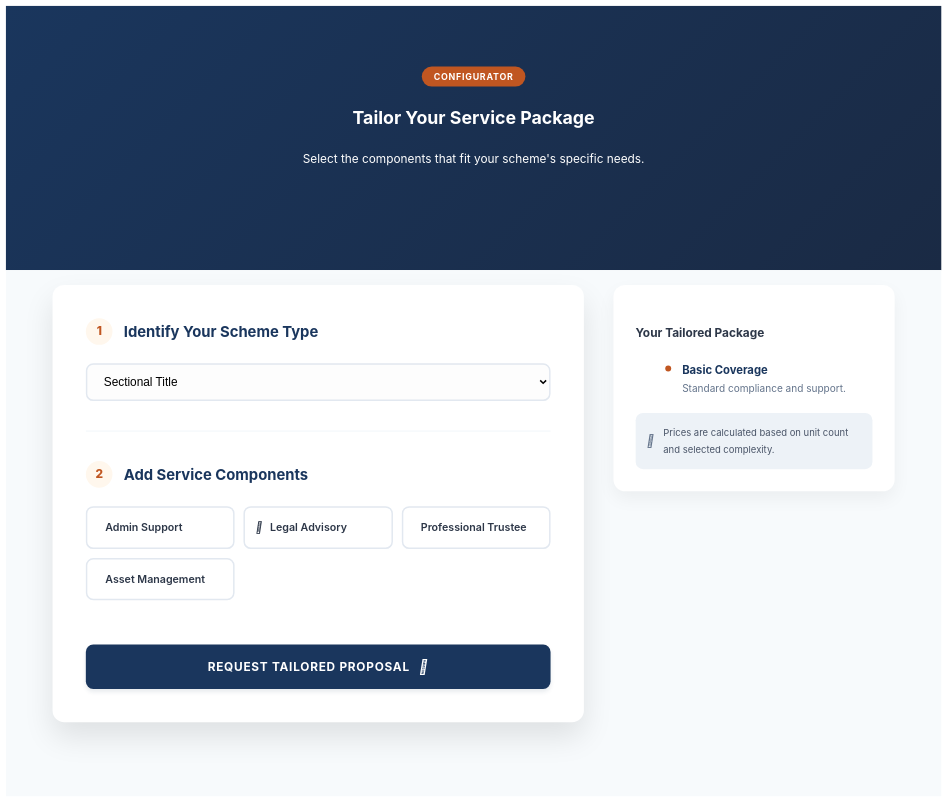
Repository: mnqobiMenzi/Prema-Properties
Page: tailor.html
An editor plug-in stored every save of this project. The page is shown before and after a run of saves, followed by the edit.
The browser window is 1280 px wide. The pictures show the whole page, at 74% of full size.

Above is the page before, as saved 2026-02-16 11:34:42.

After the next 3 saves:
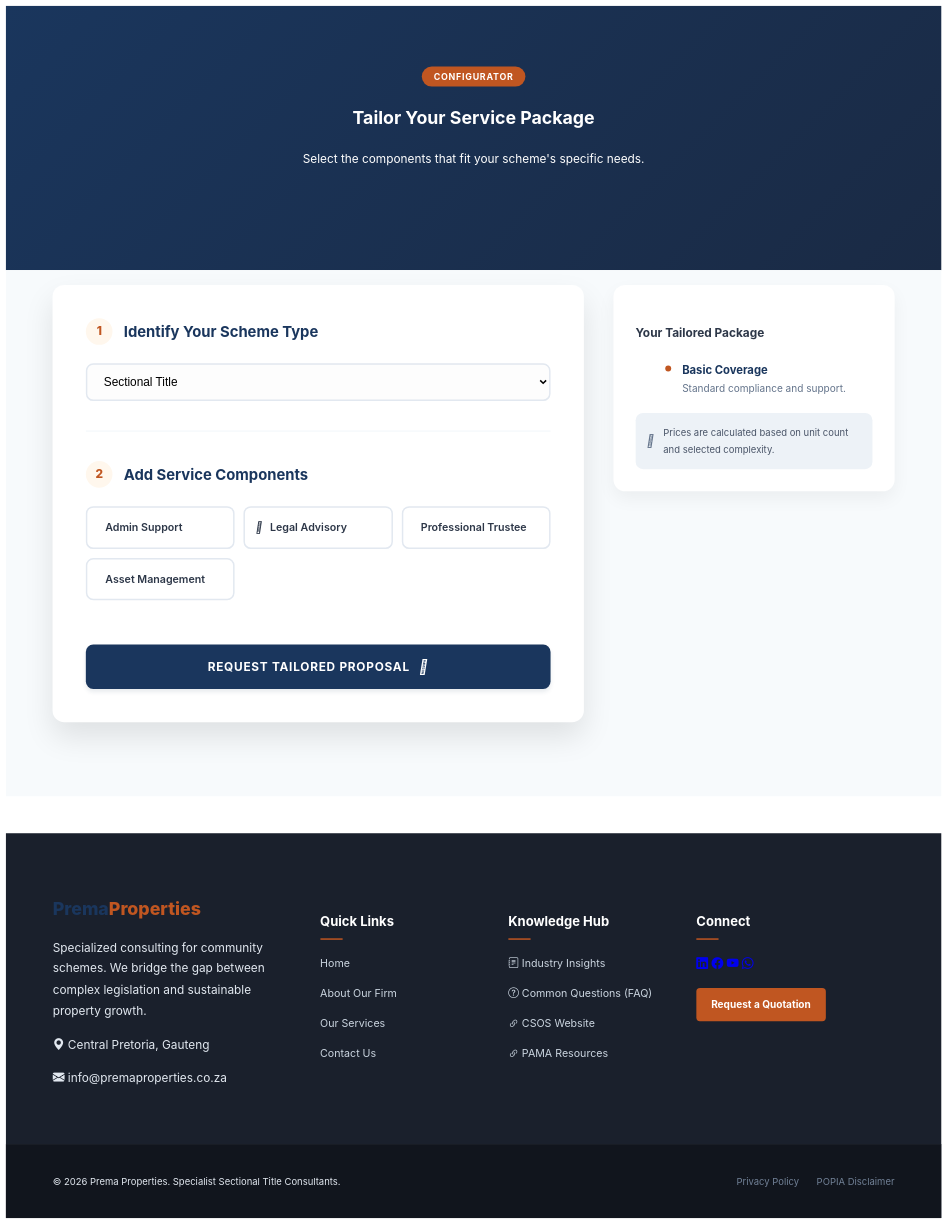
The 3 saves are shown as one change because they came seconds apart.
The last was saved 28 s later.
--- a/tailor.html
+++ b/tailor.html
@@ -92,5 +92,8 @@
         </form>
     </div>
 </section>
+
+  <div id="footer-placeholder"></div>
+  <script src="JavaScript/script.js"></script>
 </body>
 </html>
